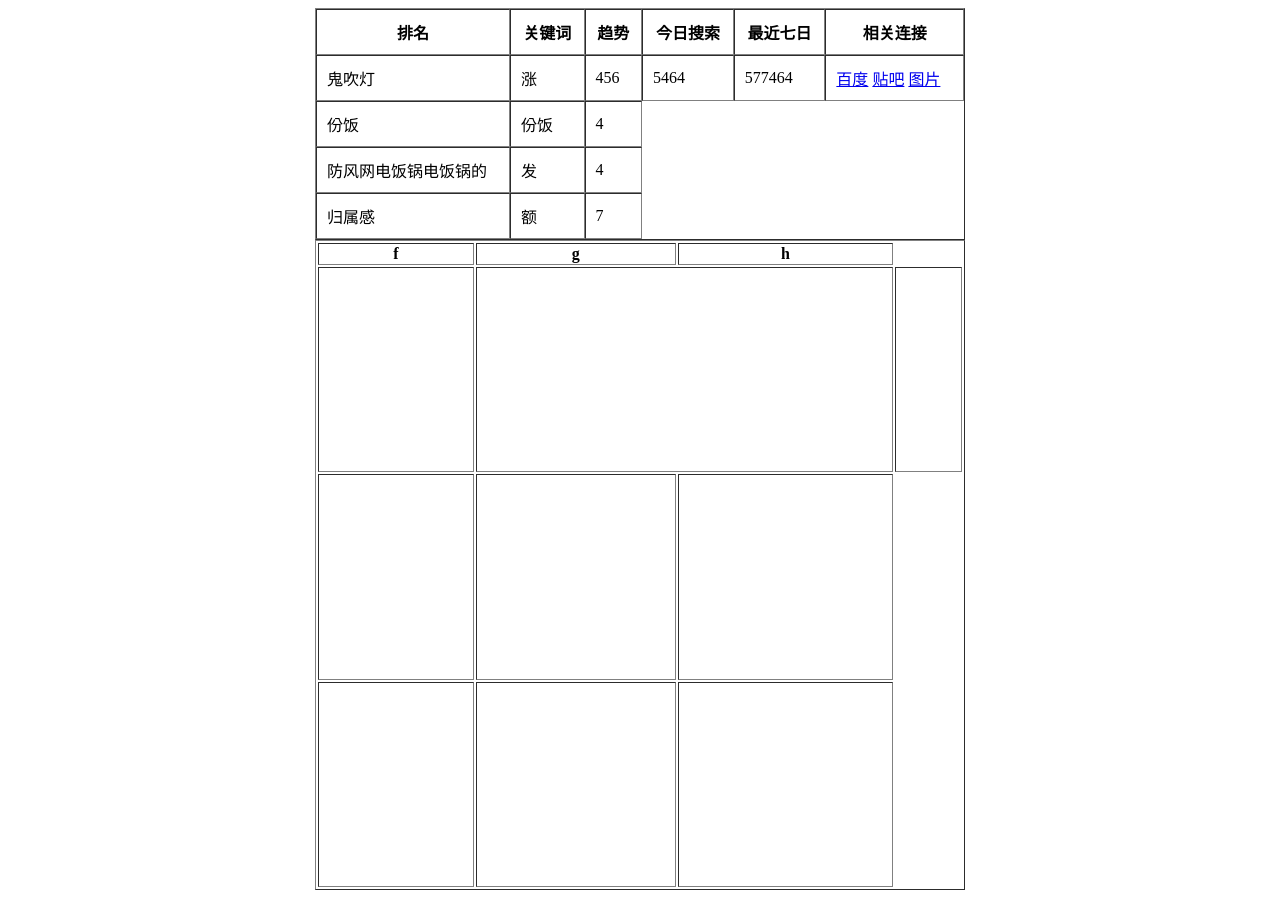
Repository: TheBestBadGuy0228/code
Page: day2_表格基本语法.html
An editor plug-in stored every save of this project. The page is shown before and after the next save, followed by the edit.
The browser window is 1280 px wide. The pictures show the whole page.

Above is the page before, as saved 2021-06-23 15:32:31.

After the next save:
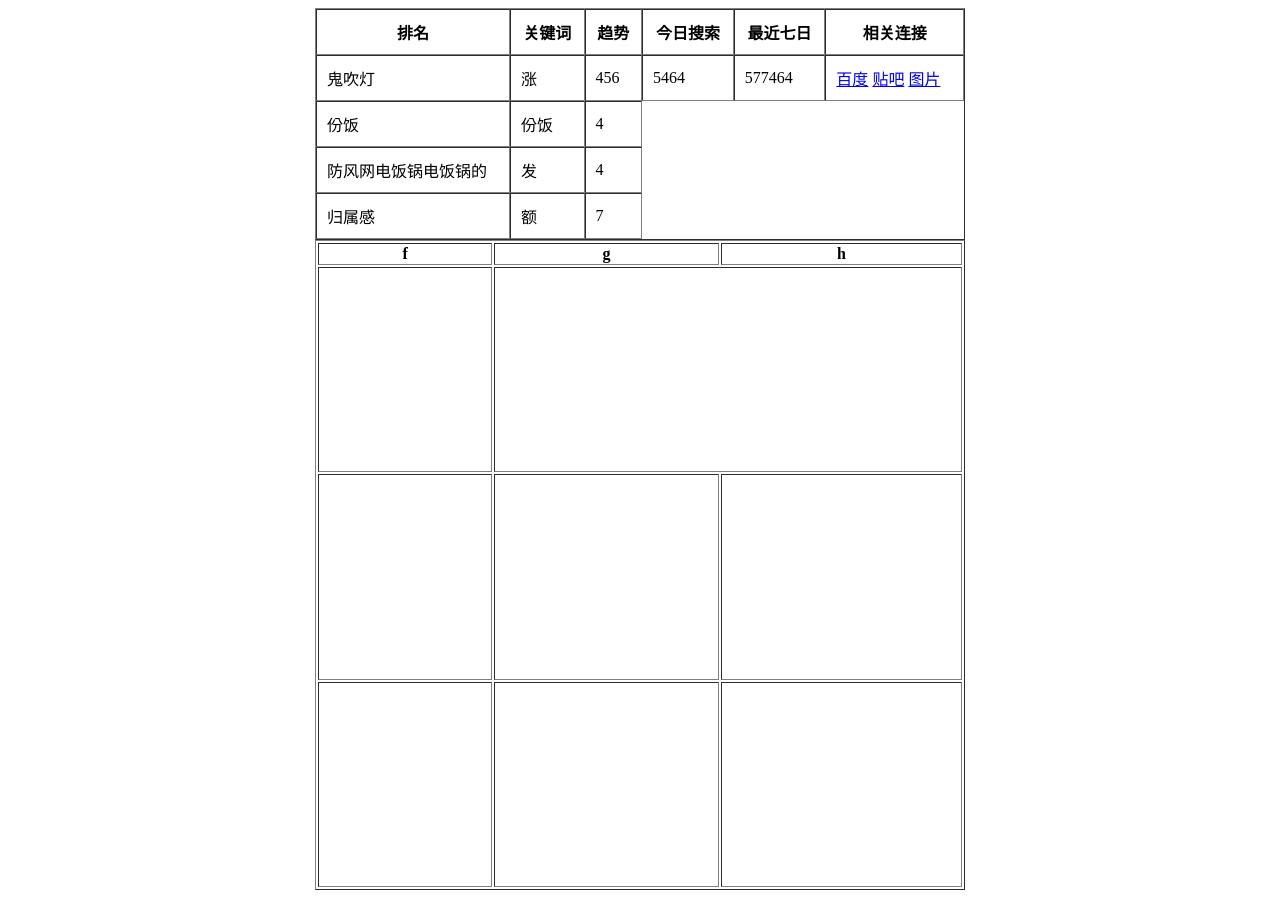
Saved 37 s later.
--- a/day2_表格基本语法.html
+++ b/day2_表格基本语法.html
@@ -64,7 +64,7 @@
         </thead>
         <tbody>
             <tr>
-                <td></td><td colspan="2"></td><td></td>
+                <td></td><td colspan="2"></td>
             </tr>
             <tr colspan="2">
                 <td></td><td></td><td></td>
